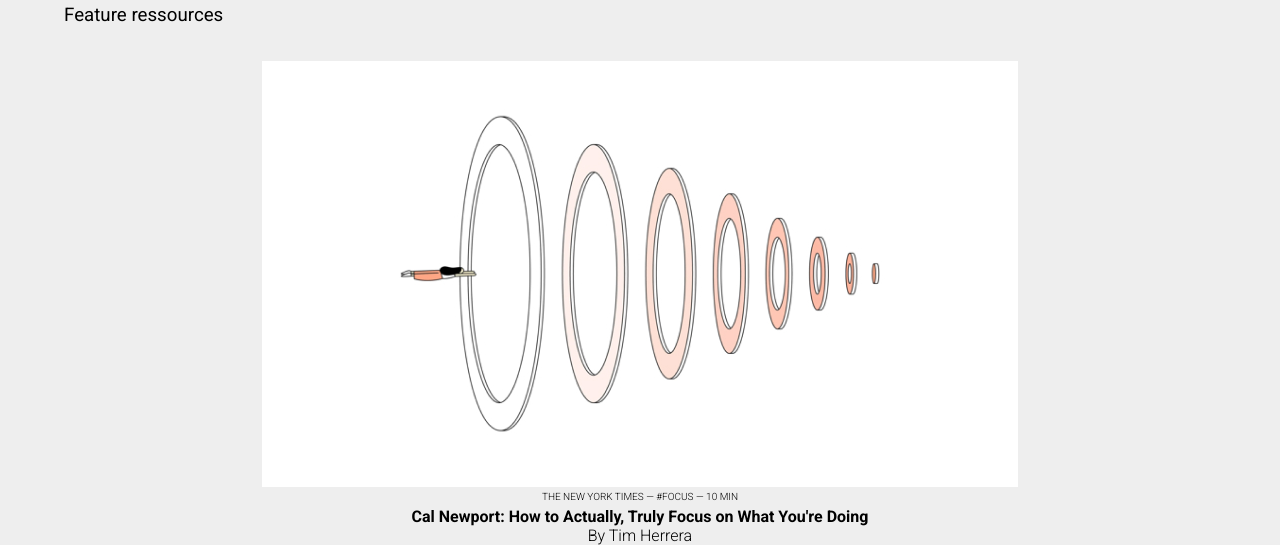
Repository: m0lt/modul_1
Page: 20250704_git_intro/Aufgaben/index.html
These files come from the project's save history. The page is drawn as it stood at one moment and after the next save; the edit follows.
The browser window is 1280 px wide. The pictures show the part of the page from y = 1393 to 1958 px (the page is 1938 px tall before and 1958 px after).
A picture or video elsewhere on the page could not be fetched, so the positions and the page height are approximate.

Above is the page before, as saved 2025-07-08 06:58:46.

After the next save:
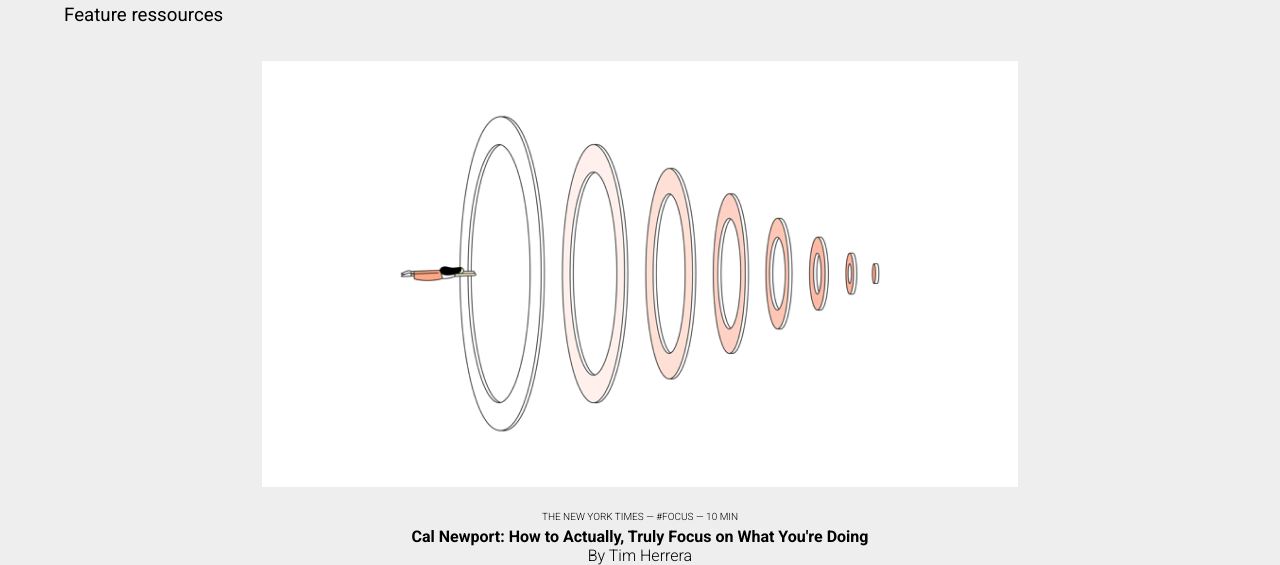
Saved 15 s later.
--- a/20250704_git_intro/Aufgaben/assets/css/styles.css
+++ b/20250704_git_intro/Aufgaben/assets/css/styles.css
@@ -94,6 +94,10 @@
   text-align: center;
 }
 
+.cover {
+  padding-bottom: 20px;
+}
+
 article p:nth-of-type(1) {
   font-size: 10px;
   padding-bottom: 5px;
